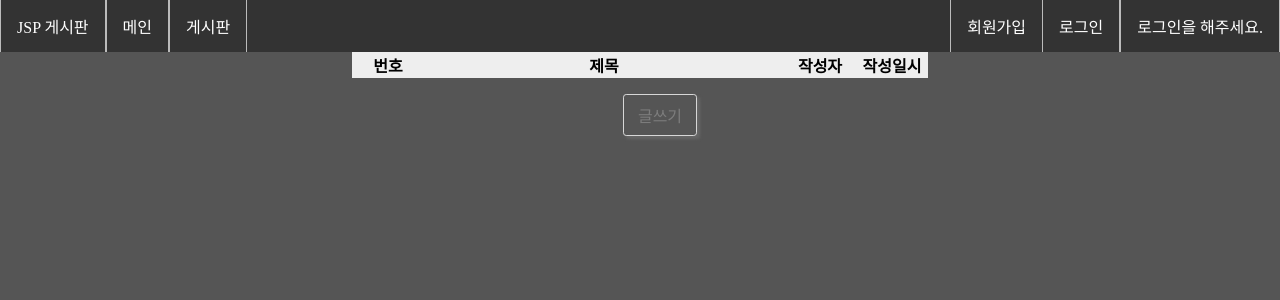
Repository: DrunkenProgram/JSPBoard
Page: http://localhost/BBS/bbs.jsp?pageNumber=1
An editor plug-in stored every save of this project. The page is shown before and after the next save, followed by the edit.
The browser window is 1280 px wide. The pictures show the whole page.
Some web fonts or font styles are not loaded; a fallback is used. Some web libraries are served in a nearby version. The page is served by Tomcat 9. Queries for data that is not in the repository find no rows.

Above is the page before, as saved 2023-08-02 14:45:49.

After the next save:
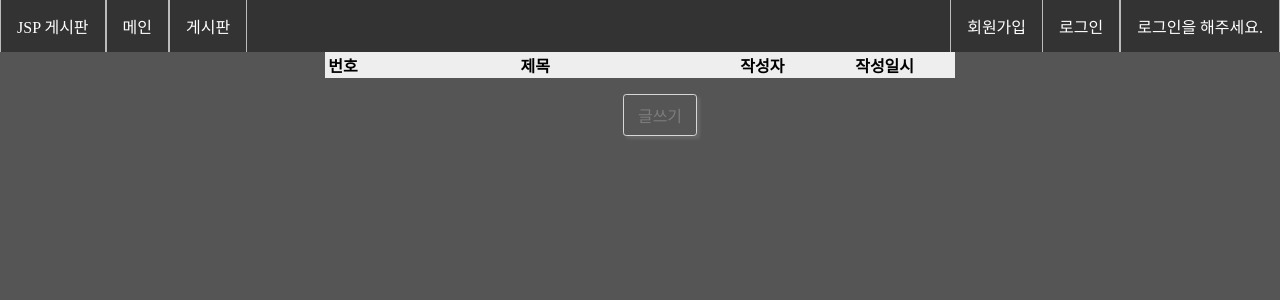
Saved 88 s later.
--- a/projects/BBS/WebContent/bbs.jsp
+++ b/projects/BBS/WebContent/bbs.jsp
@@ -59,10 +59,10 @@
 			<table>
 				<thead>
 					<tr>
-						<th style="background-color: #eeeeee; text-align: center; width: 10vh;">번호</th>
-						<th style="background-color: #eeeeee; text-align: center; width: 50vh;">제목</th>
-						<th style="background-color: #eeeeee; text-align: center; width: 10vh;">작성자</th>
-						<th style="background-color: #eeeeee; text-align: center; width: 10vh;">작성일시</th>
+						<th style="background-color: #eeeeee; text-align: center; width: 5%;">번호</th>
+						<th style="background-color: #eeeeee; text-align: center; width: 50%;">제목</th>
+						<th style="background-color: #eeeeee; text-align: center; width: 15%;">작성자</th>
+						<th style="background-color: #eeeeee; text-align: center; width: 20%;">작성일시</th>
 					</tr>
 				</thead>
 				<tbody class="table-hover">

After the save that followed:
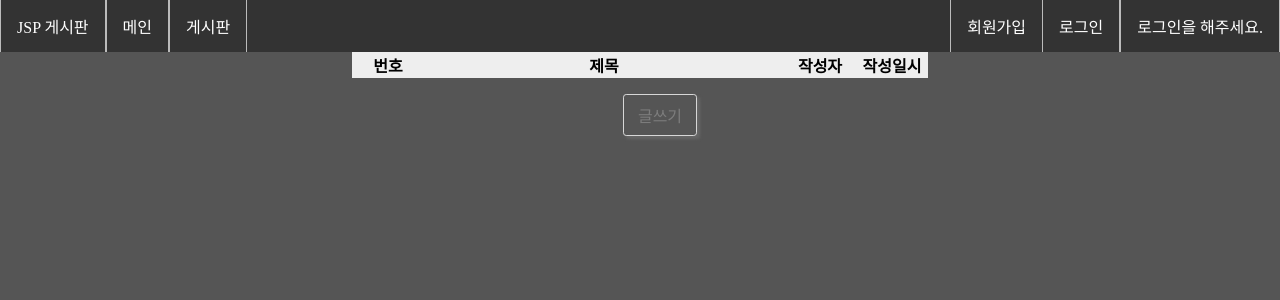
Saved 28 s later.
--- a/projects/BBS/WebContent/bbs.jsp
+++ b/projects/BBS/WebContent/bbs.jsp
@@ -59,10 +59,10 @@
 			<table>
 				<thead>
 					<tr>
-						<th style="background-color: #eeeeee; text-align: center; width: 5%;">번호</th>
-						<th style="background-color: #eeeeee; text-align: center; width: 50%;">제목</th>
-						<th style="background-color: #eeeeee; text-align: center; width: 15%;">작성자</th>
-						<th style="background-color: #eeeeee; text-align: center; width: 20%;">작성일시</th>
+						<th style="background-color: #eeeeee; text-align: center; width: 10vh;">번호</th>
+						<th style="background-color: #eeeeee; text-align: center; width: 50vh;">제목</th>
+						<th style="background-color: #eeeeee; text-align: center; width: 10vh;">작성자</th>
+						<th style="background-color: #eeeeee; text-align: center; width: 10vh;">작성일시</th>
 					</tr>
 				</thead>
 				<tbody class="table-hover">
